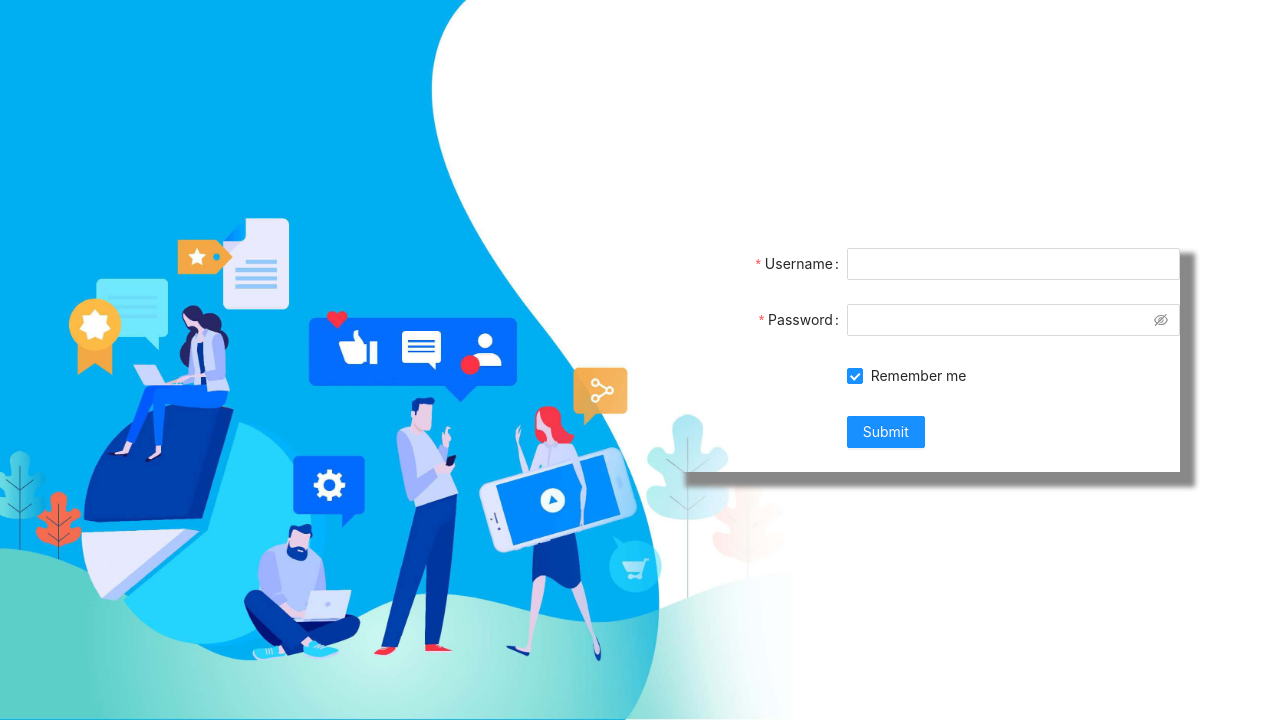
Repository: DallenCat/react-test
Page: /login
The author's editor kept a copy of each file at every save. The page is drawn from the files as they stood at one save, then again after the next save.
The browser window is 1280 px wide. The pictures show the whole page.
The project was rebuilt for these pictures with package versions that can differ from the ones it lists, and the page was loaded fresh each time. Also part of the build but not shown: src/containers/dashboard/index.js, src/containers/personal/index.js, src/components/layout/index.css, src/components/layout/sider/menu.js, src/components/layout/sider/logo.js, src/components/layout/sider/index.js, src/components/layout/index.js.

Above is the page before, as saved 2021-10-29 17:29:13.

### src/index.js
/*
 * @Descripttion:
 * @version:
 * @Author: dal
 * @Date: 2021-10-26 17:14:54
 * @LastEditors: dal
 * @LastEditTime: 2021-10-28 17:36:55
 */
import React from 'react';
import ReactDOM from 'react-dom';
import './index.css';
import App from './App';
import reportWebVitals from './reportWebVitals';
import { Provider } from "react-redux"
import store from "./store"

ReactDOM.render(
  <Provider store={store}>
    <App />
  </Provider>,
  document.getElementById('root')
);

// If you want to start measuring performance in your app, pass a function
// to log results (for example: reportWebVitals(console.log))
// or send to an analytics endpoint. Learn more: https://bit.ly/CRA-vitals
reportWebVitals();

### src/App.js
/*
 * @Descripttion:
 * @version:
 * @Author: dal
 * @Date: 2021-10-26 17:14:54
 * @LastEditors: dal
 * @LastEditTime: 2021-10-29 16:36:06
 */

import './App.css';
import Routes from './routes';
import { BrowserRouter as Router, Switch, Route } from 'react-router-dom';
import SiderDemo from "@/components/layout/index.js"
import { Component } from 'react';
class App extends Component {
  render() {
    let staticPage = ['/login'] //不需要左侧导航的页面
    let LayoutRouter = (props) => {
      if (staticPage.includes(props.location.pathname)) {
        return (
          <Routes />
        )
      } else {
        return (
          <SiderDemo>
            <Routes />
          </SiderDemo>
        )
      }
    }
    return (
      <Router>
        <Switch>
          <Route path="/" component={LayoutRouter} />
        </Switch>
      </Router>
    )
  }

}
// render(<Router routes={routes} />, document.body)
export default App;

### src/store/index.js
/*
 * @Descripttion:
 * @version:
 * @Author: dal
 * @Date: 2021-10-28 17:32:00
 * @LastEditors: dal
 * @LastEditTime: 2021-10-29 15:12:22
 */
import { configureStore } from '@reduxjs/toolkit'

import counterReducer from '@/reducers/counterReducer'
import menuReducer from '@/reducers/menuReducer'

export default configureStore({
  reducer: {
    counter: counterReducer,
    menu: menuReducer
  }
})

### src/App.css
@import '~antd/dist/antd.css';

.App {
  text-align: center;
}

.App-logo {
  height: 40vmin;
  pointer-events: none;
}

@media (prefers-reduced-motion: no-preference) {
  .App-logo {
    animation: App-logo-spin infinite 20s linear;
  }
}

.App-header {
  background-color: #282c34;
  min-height: 100vh;
  display: flex;
  flex-direction: column;
  align-items: center;
  justify-content: center;
  font-size: calc(10px + 2vmin);
  color: white;
}

.App-link {
  color: #61dafb;
}

@keyframes App-logo-spin {
  from {
    transform: rotate(0deg);
  }

  to {
    transform: rotate(360deg);
  }
}

### src/routes/index.js
/*
 * @Descripttion:
 * @version:
 * @Author: dal
 * @Date: 2021-10-26 17:34:53
 * @LastEditors: dal
 * @LastEditTime: 2021-10-29 16:08:19
 */
import Login from "@/containers/login"
import Dashboard from "@/containers/dashboard"
import Personal from "@/containers/personal"
import { Route, Switch, withRouter } from 'react-router-dom';

const routes = () => {
  return (
    <Switch>
      <Route exact path={"/login"} component={Login} />
      <Route exact path={"/dashboard"} component={Dashboard} />
      <Route exact path={"/personal"} component={Personal} />

    </Switch>
  )
}
export default withRouter(routes)

### src/reducers/counterReducer.js
/*
 * @Descripttion:
 * @version:
 * @Author: dal
 * @Date: 2021-10-28 17:35:16
 * @LastEditors: dal
 * @LastEditTime: 2021-10-29 14:37:24
 */
import { createSlice } from '@reduxjs/toolkit'

export const counterSlice = createSlice({
  name: 'counter',
  initialState: {
    value: 0
  },
  reducers: {
    increment: state => {
      // Redux Toolkit allows us to write "mutating" logic in reducers. It
      // doesn't actually mutate the state because it uses the immer library,
      // which detects changes to a "draft state" and produces a brand new
      // immutable state based off those changes
      state.value += 1
    },
    decrement: state => {
      state.value -= 1
    },
    incrementByAmount: (state, action) => {
      state.value += action.payload
    }
  }
})

export const { increment, decrement, incrementByAmount } = counterSlice.actions
export const selectCount = state => state.counter.value
export default counterSlice.reducer

### src/reducers/menuReducer.js
/*
 * @Descripttion:
 * @version:
 * @Author: dal
 * @Date: 2021-10-29 14:58:26
 * @LastEditors: dal
 * @LastEditTime: 2021-10-29 15:12:01
 */
import { createSlice } from "@reduxjs/toolkit"

export const menuSlice = createSlice({
  name: "menu",
  initialState: {
    value: []
  },
  reducers: {
    setMenu: (state, action) => {
      state.value = action.payload
    }
  }
})
export const { setMenu } = menuSlice.actions
export const getMenu = state => state.menu.value
export default menuSlice.reducer

### src/containers/login/index.js
/*
 * @Descripttion:
 * @version:
 * @Author: dal
 * @Date: 2021-10-29 15:24:14
 * @LastEditors: dal
 * @LastEditTime: 2021-10-29 17:26:49
 */
import { Component } from "react";
import { Form, Input, Button, Checkbox } from 'antd';
import bgImg from "@/assets/images/login-background.jpg"
import "./login.scss"

export function LoginForm(props) {

  const onFinish = (values) => {
    console.log('Success:', values);
  };

  const onFinishFailed = (errorInfo) => {
    console.log('Failed:', errorInfo);
  };
  return (
    <Form
      name="basic"
      labelCol={{ span: 8, }}
      wrapperCol={{ span: 16, }}
      initialValues={{ remember: true, }}
      onFinish={onFinish}
      onFinishFailed={onFinishFailed}
      autoComplete="off"
    >
      <Form.Item
        label="Username"
        name="username"
        rules={[
          {
            required: true,
            message: '请输入用户名',
          },
        ]}
      >
        <Input />
      </Form.Item>

      <Form.Item
        label="Password"
        name="password"
        rules={[
          {
            required: true,
            message: '请输入密码',
          },
        ]}
      >
        <Input.Password />
      </Form.Item>

      <Form.Item
        name="remember"
        valuePropName="checked"
        wrapperCol={{
          offset: 8,
          span: 16,
        }}
      >
        <Checkbox>Remember me</Checkbox>
      </Form.Item>

      <Form.Item
        wrapperCol={{
          offset: 8,
          span: 16,
        }}
      >
        <Button type="primary" htmlType="submit">
          Submit
        </Button>
      </Form.Item>
    </Form>
  );

}
//这边只有子组件内部的数据流向
//子组件与父组件怎么通信？
class LOGIN extends Component {
  render(h) {
    return (
      <div>
        <div className="bg">
          <div className="form">
            <LoginForm></LoginForm>
          </div>
        </div>
      </div>
    )
  }
}
export default LOGIN

### src/containers/login/login.scss
.bg {
  width: 100%;
  height: 100vh;
  background-image: url('~@/assets/images/login-background.jpg');
  background-size: 100% 100%;
  background-repeat: no-repeat;
  display: flex;
  align-items: center;
  justify-content: flex-end;
}

.form {
  width: 500px;
  margin-right: 100px;
  box-shadow: 10px 10px 5px 5px #888888;
}

Loaded but not shown: public/index.html (common file); src/index.css (common file); src/reportWebVitals.js (common file)

After the next save:
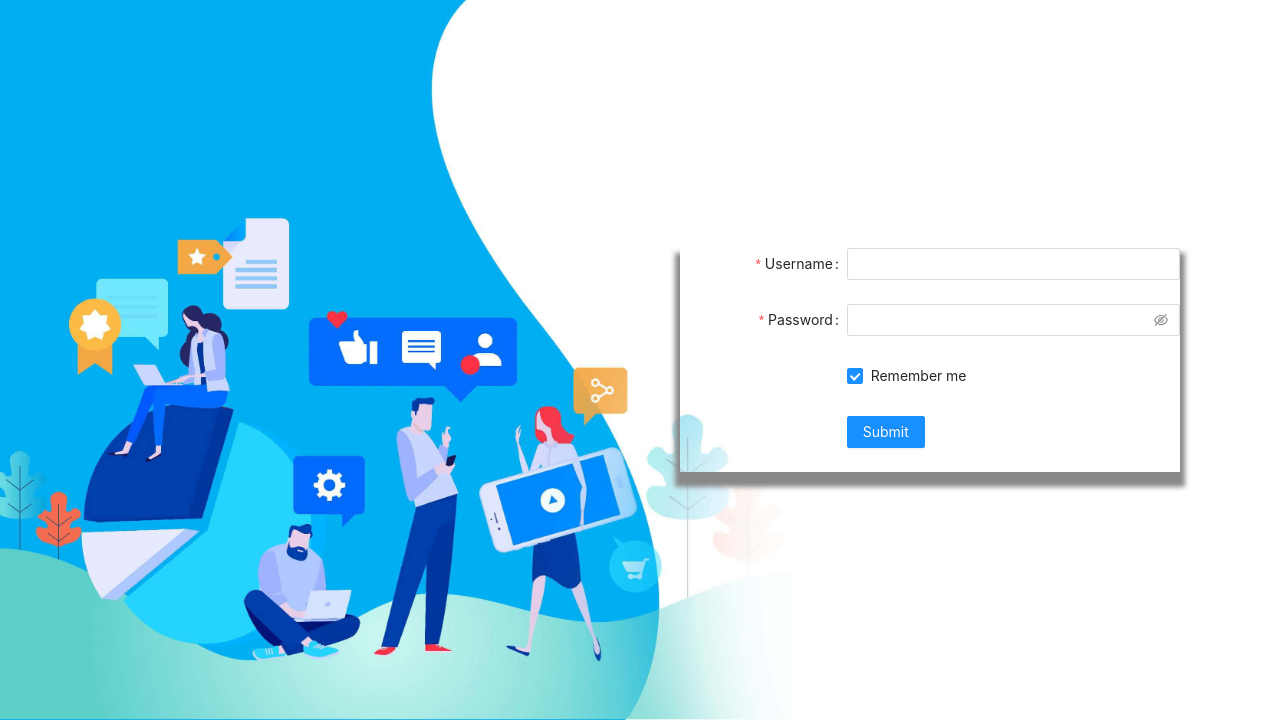
Saved 10 s later.
--- a/src/containers/login/login.scss
+++ b/src/containers/login/login.scss
@@ -12,5 +12,5 @@
 .form {
   width: 500px;
   margin-right: 100px;
-  box-shadow: 10px 10px 5px 5px #888888;
+  box-shadow: 0px 10px 5px 5px #888888;
 }
